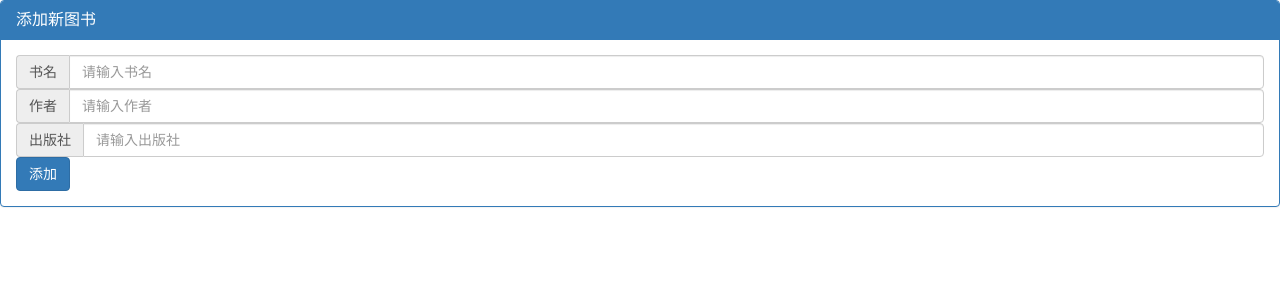
Repository: R1Deemo/ajax
Page: 图书管理.html
These files come from the project's save history. The page is drawn as it stood at one moment and after the next save; the edit follows.
The browser window is 1280 px wide. The pictures show the whole page.

Above is the page before, as saved 2022-10-24 19:42:03.

### 图书管理.html
<!DOCTYPE html>
<html lang="en">

<head>
    <meta charset="UTF-8">
    <meta http-equiv="X-UA-Compatible" content="IE=edge">
    <meta name="viewport" content="width=device-width, initial-scale=1.0">
    <title>Document</title>
    <link rel="stylesheet" href="./lib/bootstrap.css">
    <script src="./lib/jquery.js"></script>

</head>

<body>

    <div class="panel panel-primary">
        <div class="panel-heading">
            <h3 class="panel-title">添加新图书</h3>
        </div>
        <div class="panel-body" form-inline>


            <div class="input-group">
                <div class="input-group-addon">书名</div>
                <input type="text" class="form-control" id="exampleInputAmount" placeholder="请输入书名">
            </div>
            <div class="input-group">
                <div class="input-group-addon">作者</div>
                <input type="text" class="form-control" id="exampleInputAmount" placeholder="请输入作者">
            </div>
            <div class="input-group">
                <div class="input-group-addon">出版社</div>
                <input type="text" class="form-control" id="exampleInputAmount" placeholder="请输入出版社">
            </div>
            <button id="btnAdd" class="btn btn-primary">添加</button>



        </div>
    </div>


</body>

</html>

Loaded but not shown: lib/bootstrap.css (library); lib/jquery.js (library)

After the next save:
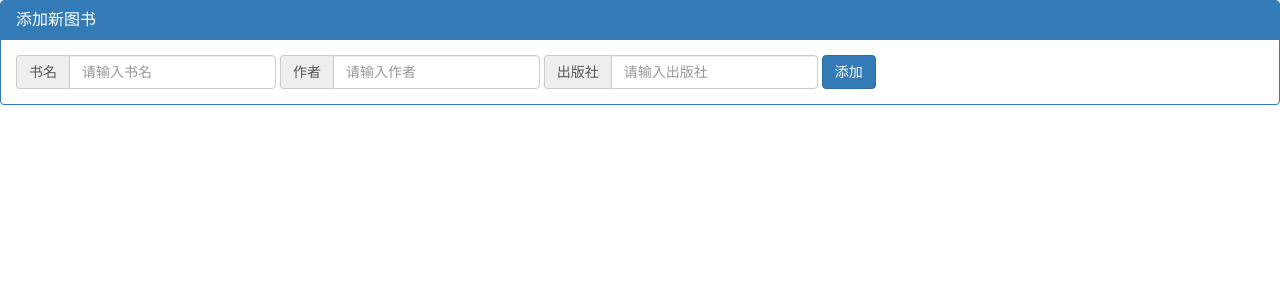
Saved 19 s later.
--- a/图书管理.html
+++ b/图书管理.html
@@ -17,7 +17,7 @@
         <div class="panel-heading">
             <h3 class="panel-title">添加新图书</h3>
         </div>
-        <div class="panel-body" form-inline>
+        <div class="panel-body form-inline">
 
 
             <div class="input-group">
